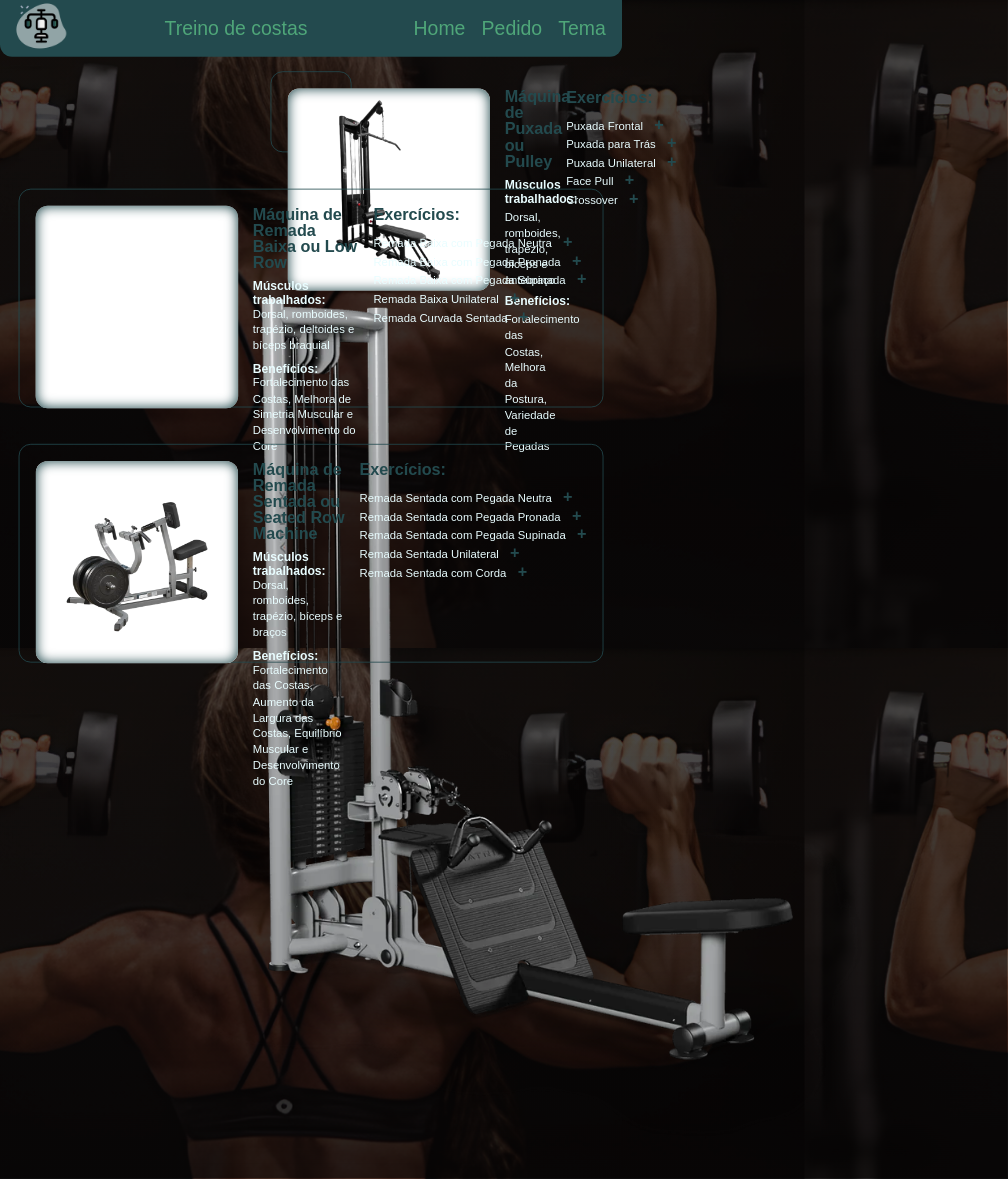
Repository: Marinalr-25/Projeto-Aparelhos-de-Academia
Page: costas.html
The author's editor kept a copy of each file at every save. The page is drawn from the files as they stood at one save, then again after the next save.
The browser window is 768 px wide. The page is 1244 px wide, then 768 px, so the pictures cover 1244 px, including what lies to the right of the window. The pictures show the whole page, at 81% of full size.
Backgrounds fixed to the window are drawn as part of the page.

Above is the page before, as saved 2025-01-06 17:32:32.
Console error: TypeError: Cannot read properties of null (reading 'addEventListener')

### costas.html
<!DOCTYPE html>
<html lang="pt">
  <head>
    <meta charset="UTF-8" />
    <meta name="viewport" content="width=device-width, initial-scale=1.0" />
    <link rel="stylesheet" href="css/style.css" />
    <link rel="stylesheet" href="css/temas.css" />
    <link
      rel="stylesheet"
      href="css/media-990.css"
      media="(max-width: 990px)"
    />
    <link
      rel="stylesheet"
      href="css/media-767.css"
      media="(max-width: 767px)"
    />

    <link
      rel="stylesheet"
      href="css/media-660.css"
      media="(max-width: 660px)"
    />
    <link
      rel="stylesheet"
      href="css/media-580.css"
      media="(max-width: 580px)"
    />

    <title>costas</title>
  </head>
  <body class="body costas">
    <header class="header sobe">
      <a href="telaPrincipal.html">
        <img class="logo" src="imagens/logoverde.png" alt="logo" />
      </a>
      <p>Treino de costas</p>
      <nav>
        <ul>
          <li class="lista-cabecalho" class="homeCostas">
            <a href="telaPrincipal.html">Home</a>
          </li>
          <li class="lista-cabecalho" id="pedido">
            <a href="pedido.html">Pedido</a>
          </li>
          <li class="lista-cabecalho" id="tema"><a href="#">Tema</a></li>
        </ul>
      </nav>
      <div class="nav-icones">
        <svg
          xmlns="http://www.w3.org/2000/svg"
          class="nav-icone--menu"
          viewBox="0 0 512 512"
        >
          <path
            fill="none"
            stroke="currentColor"
            stroke-linecap="round"
            stroke-miterlimit="10"
            stroke-width="32"
            d="M80 160h352M80 256h352M80 352h352"
          ></path>
        </svg>

        <svg
          xmlns="http://www.w3.org/2000/svg"
          class="nav-icone--fechar"
          viewBox="0 0 512 512"
        >
          <path
            fill="none"
            stroke="currentColor"
            stroke-linecap="round"
            stroke-linejoin="round"
            stroke-width="32"
            d="M368 368L144 144M368 144L144 368"
          ></path>
        </svg>
      </div>
    </header>
    <main class="mainBody move-bottom">
      <section>
        <div class="container">
          <div class="maquinas">
            <img
              class="img-maquinas"
              src="aparelhos/maquina-pulley.png"
              alt="maquina-pulley"
            />
            <div class="informacoes">
              <div>
                <h2 class="title">Máquina de Puxada ou Pulley</h2>
              </div>
              <div class="separar">
                <div class="infos">
                  <h3 class="h3">Músculos trabalhados:</h3>
                  <p class="info">
                    Dorsal, romboides, trapézio, bíceps e antebraço
                  </p>
                </div>
                <div class="infos">
                  <h3 class="h3">Benefícios:</h3>
                  <p class="info">
                    Fortalecimento das Costas, Melhora da Postura, Variedade de
                    Pegadas
                  </p>
                </div>
              </div>
            </div>
            <div class="exercicios">
              <h3 class="title">Exercícios:</h3>
              <ul>
                <li>
                  Puxada Frontal
                  <span class="mais">+</span>
                  <div class="tooltip">
                    Sente-se na máquina, segure a barra com as mãos afastadas na
                    largura dos ombros (pegada pronada ou neutra) e puxe a barra
                    em direção ao peito, mantendo os cotovelos para baixo e para
                    trás.
                  </div>
                </li>
                <li>
                  Puxada para Trás
                  <span class="mais">+</span>
                  <div class="tooltip">
                    Sente-se na máquina, segure a barra com as palmas para cima
                    e as mãos mais afastadas que a largura dos ombros e puxe a
                    barra em direção ao peito, mantendo os cotovelos para trás e
                    perto do corpo
                  </div>
                </li>
                <li>
                  Puxada Unilateral
                  <span class="mais">+</span>
                  <div class="tooltip">
                    Sente-se ou fique de pé, segurando uma alça com uma mão e
                    mantendo o tronco estável, com a outra mão livre ou
                    segurando o apoio da máquina. Puxe o cabo em direção ao
                    tronco, mantendo o cotovelo próximo ao corpo e a escápula
                    contraída.
                  </div>
                </li>
                <li>
                  Face Pull
                  <span class="mais">+</span>
                  <div class="tooltip">
                    Segure a corda com as duas mãos e puxe o cabo em direção ao
                    rosto, ativando os deltoides posteriores e o trapézio.
                  </div>
                </li>
                <li>
                  Crossover
                  <span class="mais">+</span>
                  <div class="tooltip">
                    Com as cordas ou alças ajustadas nas duas extremidades da
                    máquina, puxe as alças cruzando-as à frente do corpo, como
                    se estivesse tentando juntar as mãos em um movimento de
                    abertura de peito.
                  </div>
                </li>
              </ul>
            </div>
          </div>
          <div class="maquinas">
            <div class="img-maquinas">
              <img src="aparelhos/maquina-low-row.png" alt="maquina-pulley" />
            </div>
            <div class="informacoes">
              <div>
                <h2 class="title">Máquina de Remada Baixa ou Low Row</h2>
              </div>
              <div class="infos">
                <h3 class="h3">Músculos trabalhados:</h3>
                <p class="info">
                  Dorsal, romboides, trapézio, deltoides e bíceps braquial
                </p>
              </div>
              <div class="infos">
                <h3 class="h3">Benefícios:</h3>
                <p class="info">
                  Fortalecimento das Costas, Melhora de Simetria Muscular e
                  Desenvolvimento do Core
                </p>
              </div>
            </div>
            <div class="exercicios">
              <h3 class="title">Exercícios:</h3>
              <ul>
                <li>
                  Remada Baixa com Pegada Neutra
                  <span class="mais">+</span>
                  <div class="tooltip">
                    Esse é o exercício clássico na máquina, onde a pessoa usa um
                    pegador em formato de "V" (pegada neutra) para trabalhar
                    principalmente a espessura da parte média das costas, com
                    foco nos músculos romboides e dorsais
                  </div>
                </li>
                <li>
                  Remada Baixa com Pegada Pronada
                  <span class="mais">+</span>
                  <div class="tooltip">
                    Nessa variação, o pegador é reto e a pegada é com as palmas
                    voltadas para baixo, o que enfatiza mais o trapézio e o
                    latíssimo do dorso, além de dar um estímulo aos romboides
                  </div>
                </li>
                <li>
                  Remada Baixa com Pegada Supinada
                  <span class="mais">+</span>
                  <div class="tooltip">
                    Aqui a pegada é invertida, com as palmas das mãos voltadas
                    para cima. Essa variação ajuda a ativar mais o bíceps junto
                    com as costas, criando um movimento que trabalha tanto a
                    parte superior quanto inferior das costas
                  </div>
                </li>
                <li>
                  Remada Baixa Unilateral
                  <span class="mais">+</span>
                  <div class="tooltip">
                    Esse exercício é feito segurando o pegador com uma única mão
                    de cada vez, permitindo maior foco no lado direito ou
                    esquerdo das costas separadamente, o que ajuda na simetria e
                    força
                  </div>
                </li>
                <li>
                  Remada Curvada Sentada
                  <span class="mais">+</span>
                  <div class="tooltip">
                    Uma variação onde o tronco se inclina ligeiramente para
                    frente antes de puxar o cabo, ativando diferentes áreas dos
                    dorsais e da parte inferior das costas, além de trabalhar a
                    estabilização
                  </div>
                </li>
              </ul>
            </div>
          </div>
          <div class="maquinas">
            <img
              class="img-maquinas"
              src="aparelhos/seated-row-machine.png"
              alt="maquina-pulley"
            />
            <div class="informacoes">
              <div>
                <h2 class="title">
                  Máquina de Remada Sentada ou Seated Row Machine
                </h2>
              </div>
              <div class="infos">
                <h3 class="h3">Músculos trabalhados:</h3>
                <p class="info">Dorsal, romboides, trapézio, bíceps e braços</p>
              </div>
              <div class="infos">
                <h3 class="h3">Benefícios:</h3>
                <p class="info">
                  Fortalecimento das Costas, Aumento da Largura das Costas,
                  Equilíbrio Muscular e Desenvolvimento do Core
                </p>
              </div>
            </div>
            <div class="exercicios">
              <h3 class="title">Exercícios:</h3>
              <ul>
                <li>
                  Remada Sentada com Pegada Neutra
                  <span class="mais">+</span>
                  <div class="tooltip">
                    Segure as alças com as palmas das mãos voltadas uma para a
                    outra (pegada neutra) e puxe em direção ao tronco, mantendo
                    os cotovelos próximos ao corpo e os ombros relaxados.
                    Contraia as escápulas no final do movimento
                  </div>
                </li>
                <li>
                  Remada Sentada com Pegada Pronada
                  <span class="mais">+</span>
                  <div class="tooltip">
                    Segure a barra com as palmas das mãos voltadas para baixo
                    (pegada pronada) e puxe a barra para o corpo, mantendo os
                    cotovelos alinhados com o tronco. Evite balançar o corpo e
                    use um movimento controlado
                  </div>
                </li>
                <li>
                  Remada Sentada com Pegada Supinada
                  <span class="mais">+</span>
                  <div class="tooltip">
                    Segure a barra com as palmas das mãos voltadas para cima
                    (pegada supinada). Puxe a barra em direção ao corpo,
                    mantendo os cotovelos mais baixos e próximos ao tronco
                  </div>
                </li>
                <li>
                  Remada Sentada Unilateral
                  <span class="mais">+</span>
                  <div class="tooltip">
                    Segure a alça com uma mão e puxe o cabo em direção ao
                    tronco. Mantenha o tronco estável e evite torcer o corpo.
                    Repita o movimento para o outro lado
                  </div>
                </li>
                <li>
                  Remada Sentada com Corda
                  <span class="mais">+</span>
                  <div class="tooltip">
                    Use uma corda para segurar as alças e puxe em direção ao
                    tronco, abrindo as mãos ao final do movimento, aumentando a
                    contração nos romboides e trapézio.
                  </div>
                </li>
              </ul>
            </div>
          </div>
        </div>
      </section>
    </main>
    <section class="pop-up-temas">
      <div class="container">
        <div class="bolinha verde"></div>
        <div class="bolinha azul"></div>
        <div class="bolinha rosa"></div>
        <div class="bolinha vermelho"></div>
        <div class="bolinha roxo"></div>
        <div class="bolinha laranja"></div>
        <svg
          xmlns="http://www.w3.org/2000/svg"
          class="icone-fechar"
          viewBox="0 0 512 512"
        >
          <path
            fill="none"
            stroke="currentColor"
            stroke-linecap="round"
            stroke-linejoin="round"
            stroke-width="32"
            d="M368 368L144 144M368 144L144 368"
          ></path>
        </svg>
      </div>
    </section>
    <script src="js/script.js"></script>
    <script src="js/costas.js"></script>
    <script src="js/temas.js"></script>
  </body>
</html>

### css/temas.css
:root {
  --cor-fundo: #234a4e;
  --cor-texto: #4fa679;
  --verde-primario: #234a4e;
  --verde-secundario: #4fa679;
  --azul-primario: #0d6bb2;
  --azul-secundario: #83e3ff;
  --rosa-primario: #ae2478;
  --rosa-secundario: #eed3e4;
  --vermelho-primario: #a50000;
  --vermelho-secundario: #e4b2b2;
  --roxo-primario: #4c4c99;
  --roxo-secundario: #c9c9e0;
  --laranja-primario: #ff6c37;
  --laranja-secundario: #ffd2c3;
}

.pop-up-temas {
  display: none;
  transition: opacity 0.3s ease, transform 0.3s ease;
  &.aberto {
    display: flex;
    position: fixed;
    top: 50%;
    left: 50%;
    transform: translate(-50%, -50%);
    opacity: 1;
    height: 18rem;
    background-color: rgba(0, 0, 0, 0.95);
    border-radius: 1.5rem;

    & .container {
      display: flex;
      justify-content: center;
      align-items: center;
      gap: 1rem;
      flex-direction: row;
      padding: 2rem;
      max-width: 65rem;
      position: relative;

      & .bolinha {
        width: 4rem;
        height: 4rem;
        margin: 0.5rem;
        border-radius: 50%;

        &.verde {
          background: linear-gradient(
            to right,
            var(--verde-primario) 50%,
            var(--verde-secundario) 50%
          );
        }
        &.azul {
          background: linear-gradient(
            to right,
            var(--azul-primario) 50%,
            var(--azul-secundario) 50%
          );
        }

        &.rosa {
          background: linear-gradient(
            to right,
            var(--rosa-primario) 50%,
            var(--rosa-secundario) 50%
          );
        }
        &.vermelho {
          background: linear-gradient(
            to right,
            var(--vermelho-primario) 50%,
            var(--vermelho-secundario) 50%
          );
        }
        &.roxo {
          background: linear-gradient(
            to right,
            var(--roxo-primario) 50%,
            var(--roxo-secundario) 50%
          );
        }
        &.laranja {
          background: linear-gradient(
            to right,
            var(--laranja-primario) 50%,
            var(--laranja-secundario) 50%
          );
        }
      }
      & .icone-fechar {
        display: block;
        position: absolute;
        top: 0;
        right: 0;
        color: var(--cor-texto);
        z-index: 10001;
        width: 5rem;
        height: 5rem;
      }
    }
  }
}

### css/media-990.css
@media all and (max-width: 61.87em) {
  .body.costas {
    background-size: cover;
    & .mainBody {
      margin-top: 5rem;
      & .container {
        & .maquinas {
          width: 94vw;
          height: 27rem;
          gap: 1.8rem;

          &:nth-child(1) {
            width: 10rem;
            height: 10rem;
          }
        }

        & .informacoes {
          max-width: 100%;
          gap: 1rem;
          padding: 0;
          & .title {
            font-size: 2rem;
            line-height: 1;
          }

          & .separar {
            gap: 0.6rem;
          }

          & .infos {
            & .h3 {
              font-size: 1.5rem;
            }
            & .info {
              font-size: 1.4rem;
            }
          }
        }

        & .exercicios {
          max-width: 100%;
          gap: 1rem;

          & .title {
            font-size: 2rem;
          }

          & ul li {
            font-size: 1.4rem;
            padding-bottom: 0rem;
          }
        }
      }
    }
  }
}

### css/media-767.css
@media all and (max-width: 48em) {
  html {
    font-size: 56.25%;
  }

  .header {
    font-size: 2rem;
  }

  .tela-inicial {
    & .box-inicial {
      & .segunda-tela {
        & .aparelhos {
          width: 15rem;
          &.esquerda {
            top: 15px;
          }
        }
      }
    }
  }

  .body {
    .header {
      & .logo {
        width: 10.7vw;
        height: 10.7vw;
        min-height: 9rem;
        min-width: 9rem;
      }

      nav {
        display: none;
        opacity: 0;
        transform: translateX(100%);
        transition: opacity 0.3s ease;

        &.aberto {
          display: flex;
          opacity: 0.9;
          transform: translateX(0);
        }
      }
      & .nav-icones {
        display: block;
        max-width: 30%;
        width: 5rem;
        height: 5rem;
        margin-right: 2rem;
        margin-left: 2rem;
        color: var(--cor-texto);
        z-index: 10001;
      }
    }
    & .nav-icone--fechar {
      display: none;
    }
    &.aberto {
      opacity: 0.9;
      & nav {
        display: flex;
        flex-direction: column;
        justify-content: center;
        transform: translateX(100%);
        transition: opacity 0.3s ease, transform 0.3s ease;
        align-items: center;
        box-shadow: inset 0 0 0 3px var(--cor-texto);
        background-color: var(--cor-fundo);
        border-top-left-radius: 50px;
        border-bottom-left-radius: 50px;
        opacity: 0.9;
        position: fixed;
        top: 0;
        width: 20%;
        height: 700px;
        right: 0;
        z-index: 1000;
        overflow: hidden;

        & ul {
          flex-direction: column;
          align-items: center;
          & li {
            &:hover {
              text-decoration: underline;
            }
          }
        }
      }
      & .nav-icone--menu {
        display: block;
      }
      & .nav-icone--fechar {
        display: none;
      }
    }

    & .tela-principal {
      & .container {
        & .box {
          &.braco {
            background-image: url(/imagens/braço.png);
          }

          &.perna {
            background-image: url(/imagens/perna.png);
          }

          &.ombro {
            background-image: url(/imagens/ombro.png);
          }

          &.costas {
            background-image: url(/imagens/costasHDrecortada.png);
          }

          &.peito {
            background-image: url(/imagens/peito.png);
          }
          &.abdomen {
            background-image: url(/imagens/abdomen.png);
          }
        }
      }
    }
    &.costas {
      & .mainBody {
        margin-top: 5rem;
        & .container {
          flex-direction: row;
          justify-content: center;
          flex-wrap: wrap;
          padding-top: 3.5rem;
          & .maquinas {
            flex-direction: column;
            width: 40rem;
            height: auto;
            & .img-maquinas {
              display: block;
              margin: 0 auto;
            }

            & .informacoes {
              & .title {
                font-size: 2rem;
                line-height: 1;
              }
              & .infos {
                & .h3 {
                  font-size: 1.8rem;
                }
                & .info {
                  font-size: 1.6rem;
                }
              }
            }

            & .exercicios {
              width: 100%;
              gap: 0.5rem;

              & ul li {
                font-size: 1.6rem;
                padding-bottom: 0;
              }
            }
          }
        }
      }
    }
  }
}

### css/media-660.css
@media all and (max-width: 41.25em) {
  .tela-inicial {
    & .box-inicial {
      & .primeira-tela {
        justify-content: center;
      }
      & .segunda-tela {
        gap: 1.5rem;
      }
      & .pontos {
        & div {
          width: 0.9rem;
          height: 0.9rem;
        }
        & .primeiro-ponto {
          transform: translate(-25px, 7px);
        }
        & .segundo-ponto {
          transform: translate(0, 0);
        }
        & .terceiro-ponto {
          transform: translate(25px, -7px);
        }
      }
    }

    .topo {
      & .h2-muitoBem {
        text-align: center;
        & #nome-saudacao {
          display: block;
        }
      }
    }
  }

  .body.costas {
    background-size: cover;
  }
}

### css/media-580.css
@media all and (max-width: 36.25em) {
  .tela-inicial {
    & .box-inicial {
      height: 60rem;
      & .pontos {
        & div {
          width: 0.9rem;
        }
        & .primeiro-ponto {
          transform: translate(-25px, -3px);
        }
        & .segundo-ponto {
          transform: translate(0, -10px);
        }
        & .terceiro-ponto {
          transform: translate(25px, -17px);
        }
      }
    }
  }
}

Loaded but not shown: js/temas.js (93 lines, source omitted); js/script.js (83 lines, source omitted); js/costas.js (18 lines, source omitted); css/style.css (560 lines, source omitted)

After the next save:
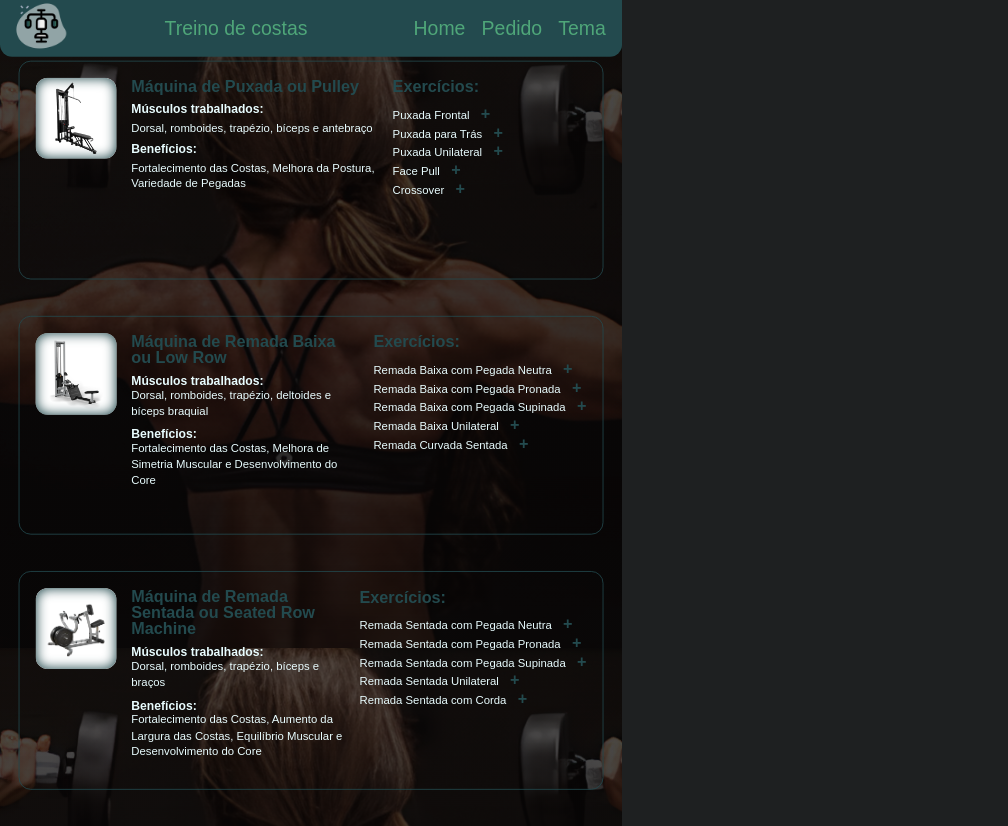
Saved 97 s later.
--- a/css/media-990.css
+++ b/css/media-990.css
@@ -9,9 +9,12 @@
           height: 27rem;
           gap: 1.8rem;
 
-          &:nth-child(1) {
+          & img {
             width: 10rem;
             height: 10rem;
+          }
+
+          &:nth-child(1) {
           }
         }
 
